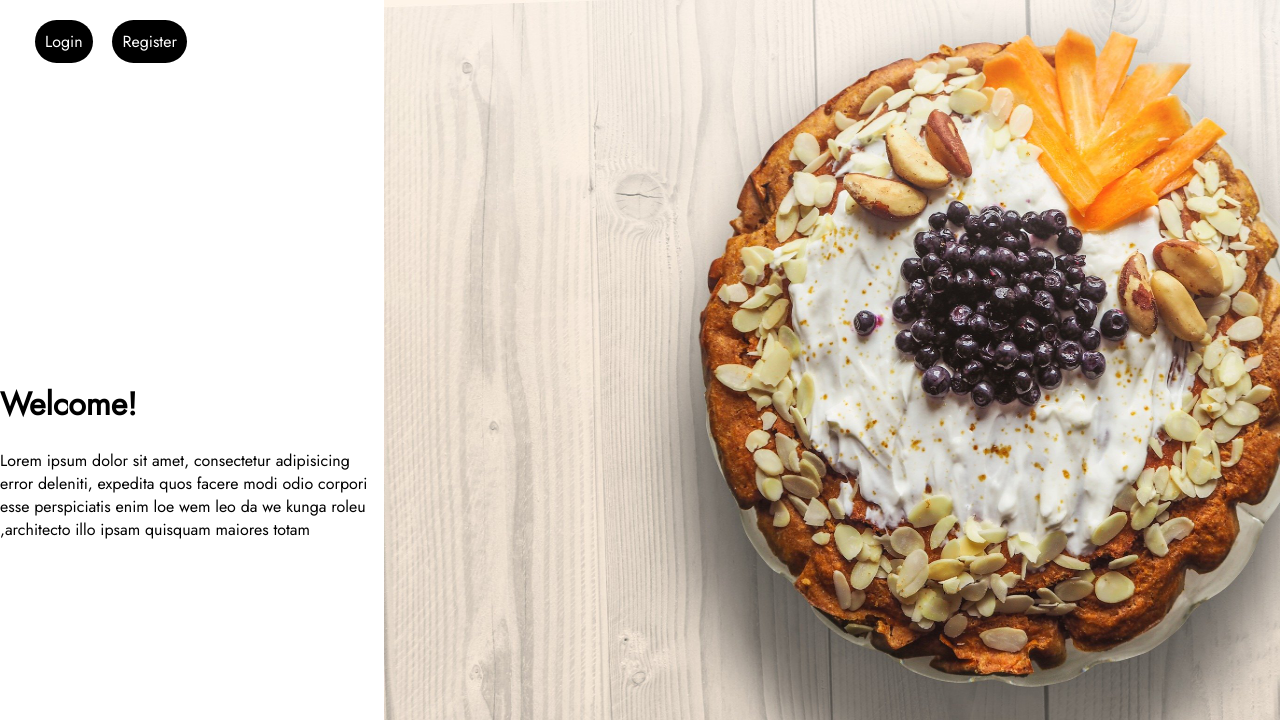
Repository: PatryxB/recipeCook
Page: http://localhost/
An editor plug-in stored every save of this project. The page is shown before and after the next save, followed by the edit.
The browser window is 1280 px wide. The pictures show the whole page.
The page is served by the project's Laravel application, run on PHP 8.4 with Laravel 8. Other server files are loaded and not shown. Style sheets and scripts are compiled from the project's sources, by tool versions that may differ from the author's.

Above is the page before, as saved 2020-05-02 11:27:44.

### resources/views/welcome.blade.php
<!DOCTYPE html>
<html lang="{{ str_replace('_', '-', app()->getLocale()) }}">
    <head>
        <meta charset="utf-8">
        <meta name="viewport" content="width=device-width, initial-scale=1">

        <title>Laravel</title>

        <!-- Fonts -->
        <link href="https://fonts.googleapis.com/css?family=Nunito:200,600" rel="stylesheet">
        <link rel="stylesheet" href="/css/app.css">

    </head>
    <body>
        @extends('layouts.app')
        @section('content')

        <div class="banner">
            <img src="{{asset('/img/cakebanner.jpg')}}" alt="">
            <div class="info">
                <div class="text">
                    <h1>Welcome!</h1>
                    <p>Lorem ipsum dolor sit amet, consectetur adipisicing <br>
                    error deleniti, expedita quos facere modi odio corpori <br>
                    esse perspiciatis enim loe wem leo da we kunga roleu <br>
                    ,architecto illo ipsam quisquam maiores totam </p>
                </div>
            </div>
        </div>

        @endsection
    </body>
</html>

### resources/views/layouts/app.blade.php
<!doctype html>
<html lang="{{ str_replace('_', '-', app()->getLocale()) }}">
<head>
    <meta charset="utf-8">
    <meta name="viewport" content="width=device-width, initial-scale=1">

    <!-- CSRF Token -->
    <meta name="csrf-token" content="{{ csrf_token() }}">

    <title>{{ config('app.name', 'Laravel') }}</title>

    <!-- Scripts -->
    <script src="{{ asset('js/app.js') }}" defer></script>

    <!-- Fonts -->
    <link rel="dns-prefetch" href="//fonts.gstatic.com">
    <link href="https://fonts.googleapis.com/css?family=Nunito" rel="stylesheet">

    <!-- Styles -->
    <link href="{{ asset('css/app.css') }}" rel="stylesheet">
</head>
<body>
    <div id="app">

        <nav>
            @if (Route::has('login'))
                @auth
                    <a href="{{ url('/home') }}">Home</a>
                @else
                    <a href="{{ route('login') }}">Login</a>

                    @if (Route::has('register'))
                        <a href="{{ route('register') }}">Register</a>
                    @endif
                @endauth
            @endif
        </nav>

        <main class="py-4">
            @yield('content')
        </main>
    </>
</body>
</html>

### resources/sass/app.scss
// Fonts
@import url('https://fonts.googleapis.com/css?family=Nunito');

// Variables
@import 'variables';

@import url('https://fonts.googleapis.com/css2?family=Jost&display=swap');

html, body{
    box-sizing: border-box;
    margin: 0;
    padding: 0;
    font-family: 'Jost', sans-serif;
}
nav{
    position: absolute;
    top: 30px;
    left: 20px;
    z-index: 999;
}
nav a{
    text-decoration: none;
    color: white;
    background-color: black;
    padding: 10px;
    margin-left: 15px;
    border-radius: 25px;
}
.banner img{
    position: relative;
    float: right;
    width: 70%;
    height: 100vh;
    background-repeat: no-repeat;
}
.info{
    width: 30%;
    height: 100vh;
}
.info .text{
    position: absolute;
    top: 50%;
}

Loaded but not shown: routes/web.php (common file); app/Http/Controllers/Auth/LoginController.php (common file); app/Http/Controllers/Controller.php (common file); app/Http/Controllers/Auth/ConfirmPasswordController.php (common file); resources/sass/_variables.scss (common file)

After the next save:
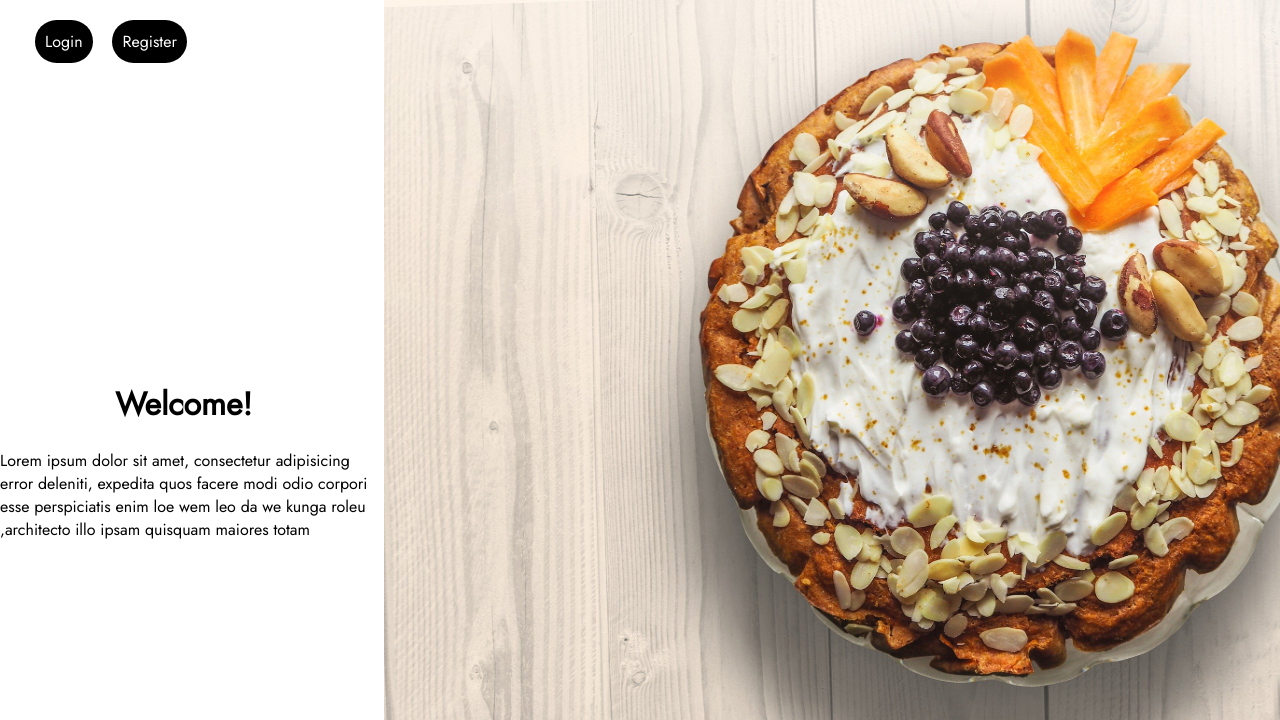
Saved 12 s later.
--- a/resources/views/welcome.blade.php
+++ b/resources/views/welcome.blade.php
@@ -19,7 +19,7 @@
             <img src="{{asset('/img/cakebanner.jpg')}}" alt="">
             <div class="info">
                 <div class="text">
-                    <h1>Welcome!</h1>
+                    <h1 style="text-align: center">Welcome!</h1>
                     <p>Lorem ipsum dolor sit amet, consectetur adipisicing <br>
                     error deleniti, expedita quos facere modi odio corpori <br>
                     esse perspiciatis enim loe wem leo da we kunga roleu <br>
